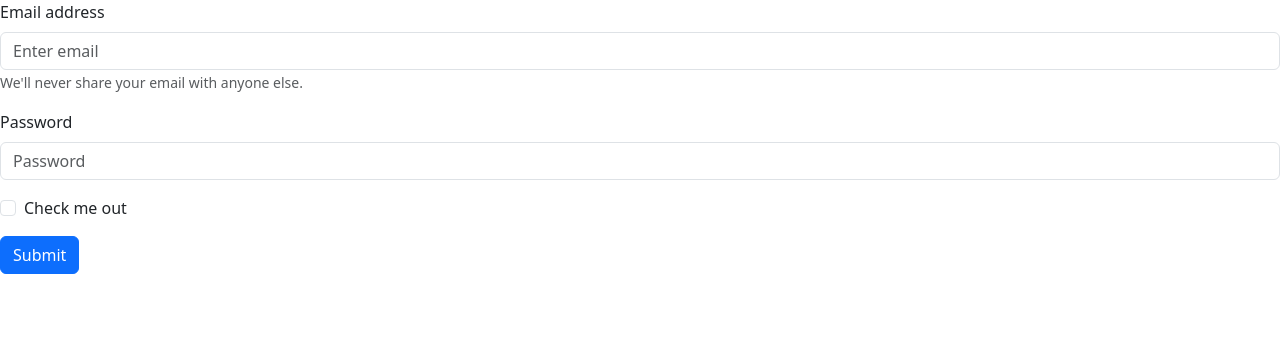
Repository: trider/react-task-app
Page: /
These files come from the project's save history. The page is drawn as it stood at one moment and after the next save; the edit follows.
The browser window is 1280 px wide. The pictures show the whole page.
The project was rebuilt for these pictures with package versions that can differ from the ones it lists, and the page was loaded fresh each time.

Above is the page before, as saved 2024-05-02 15:47:41.

After the next save:
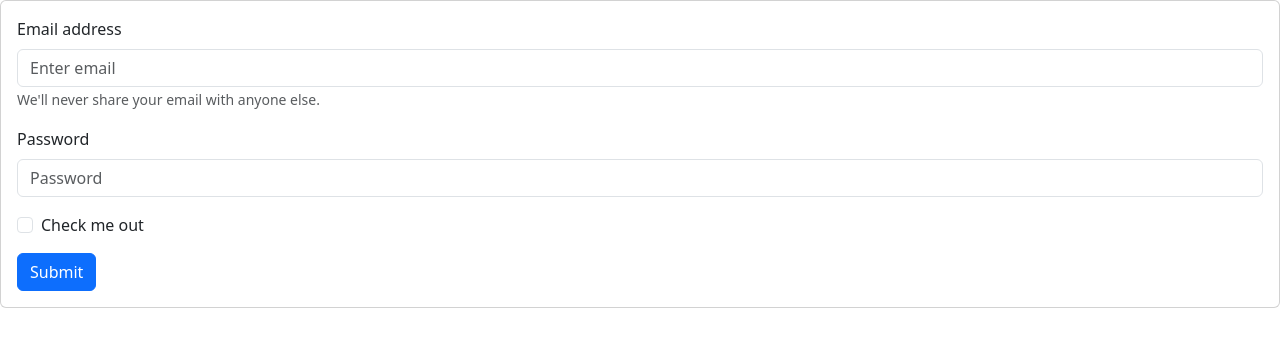
Saved 36 s later.
--- a/src/pages/Login.js
+++ b/src/pages/Login.js
@@ -5,6 +5,8 @@ import Card from 'react-bootstrap/Card';
 
 const LoginForm =()=> {
   return (
+  <Card>
+    <Card.Body>
     <Form>
       <Form.Group className="mb-3" controlId="formBasicEmail">
         <Form.Label>Email address</Form.Label>
@@ -25,6 +27,9 @@ const LoginForm =()=> {
         Submit
       </Button>
     </Form>
+    </Card.Body>
+  </Card>
+
   );
 }
 
